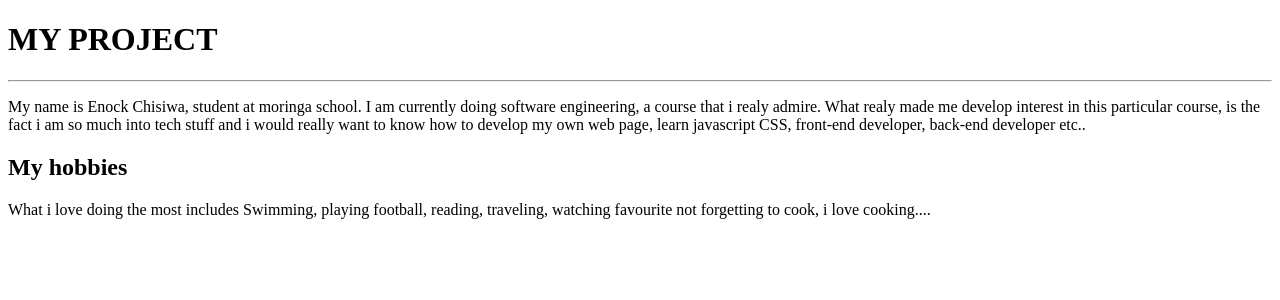
Repository: chiscobyte/README.md
Page: my project/index.html
The author's editor kept a copy of each file at every save. The page is drawn from the files as they stood at one save, then again after the next save.
The browser window is 1280 px wide. The pictures show the whole page.

Above is the page before, as saved 2025-02-22 12:52:55.

### my project/index.html
<!DOCTYPE html>
<html lang="en">
<head>
    <meta charset="UTF-8">
    <meta name="viewport" content="width=device-width, initial-scale=1.0">
    <title>Document</title>
</head>
<body>
    <h1>MY PROJECT</h1>

    <hr>

    <p>My name is Enock Chisiwa, student at moringa school. I am currently doing software engineering,
    a course that i realy admire. What realy made me develop interest in this particular course, is
    the fact i am so much into tech stuff and i would really want to know how to develop my own web page,
    learn javascript CSS, front-end developer, back-end developer etc..</p>

    <h2>My hobbies</h2>
   <p>What i love doing the most includes Swimming, playing football, reading, traveling, watching favourite
      not forgetting to cook, i love cooking....</p>




</body>
</html>

After the next save:
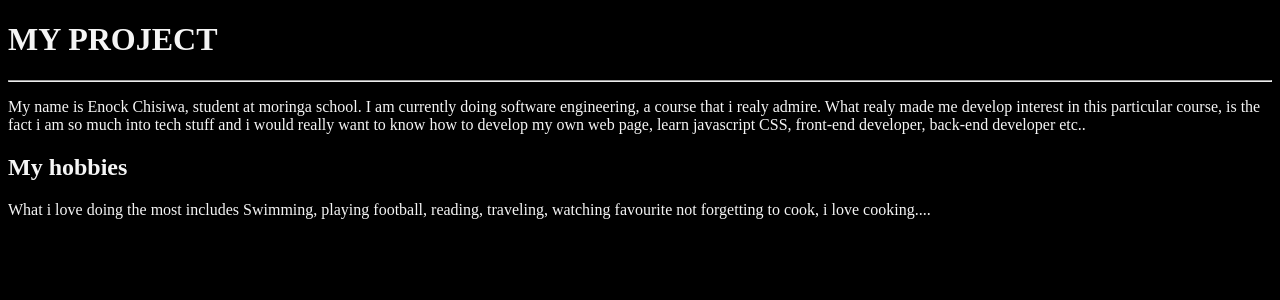
Saved 17 min 27 s later.
--- a/my project/index.html
+++ b/my project/index.html
@@ -3,7 +3,16 @@
 <head>
     <meta charset="UTF-8">
     <meta name="viewport" content="width=device-width, initial-scale=1.0">
-    <title>Document</title>
+    <title>Chisiwa web</title>
+    <style>
+        html {font-size: 22pax
+        }
+
+        body {
+            background-color: black;
+            color: whitesmoke;
+        }
+    </style>
 </head>
 <body>
     <h1>MY PROJECT</h1>
